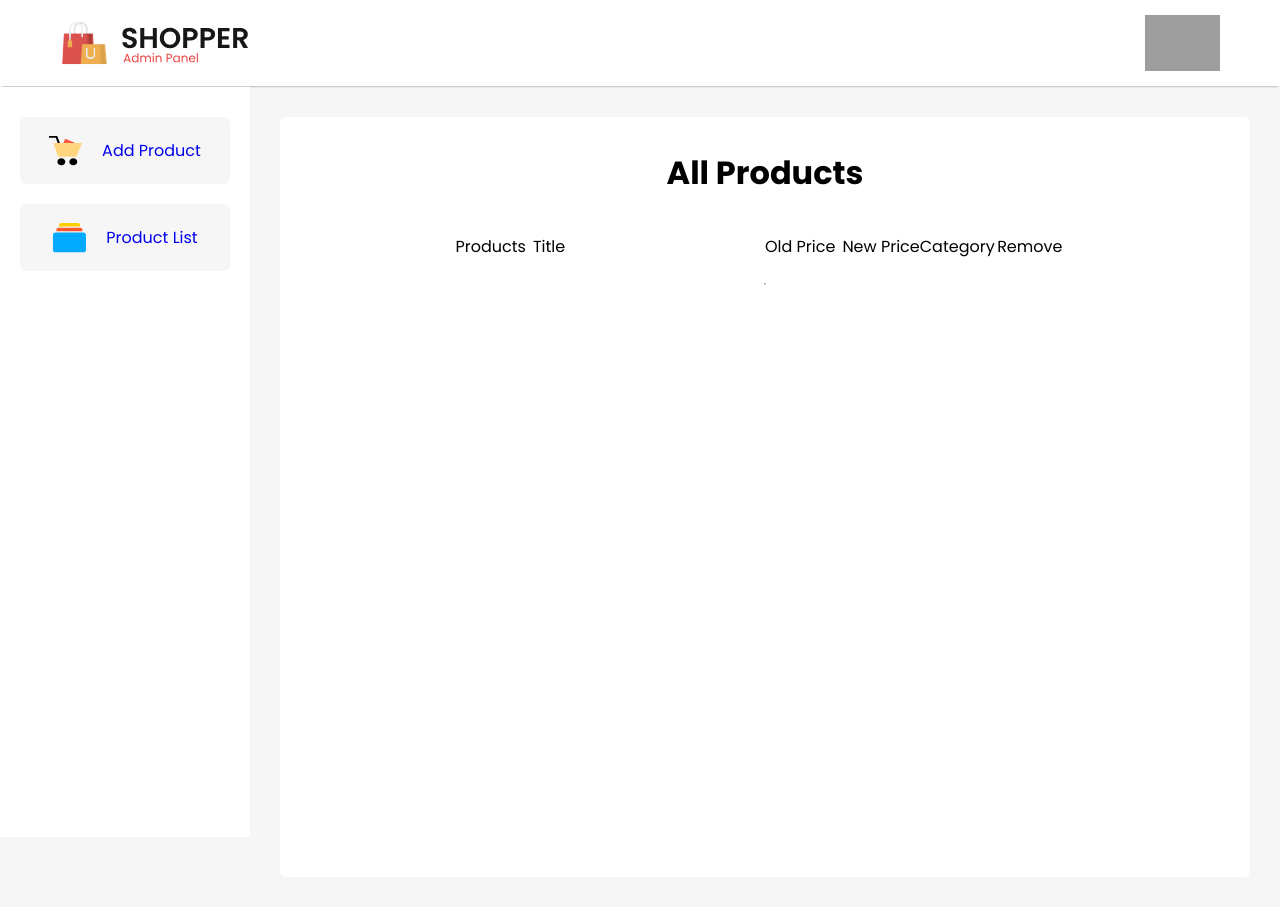
Repository: AiTrinh303/Simple-Shop
Page: /listproduct (app in admin/)
These files come from the project's save history. The page is drawn as it stood at one moment and after the next save; the edit follows.
The browser window is 1280 px wide. The pictures show the whole page.
Pictures or frames that could not be fetched are drawn as grey boxes. The page's requests for data from a server got no answer. The project was rebuilt for these pictures with package versions that can differ from the ones it lists, and the page was loaded fresh each time. No one was signed in, and anything a server would have sent is missing. Also part of the build but not shown: admin/vite.config.js, admin/src/Components/AddProduct/AddProduct.css, admin/src/Components/AddProduct/AddProduct.jsx.

Above is the page before, as saved 2024-07-05 22:31:04.

### admin/index.html
<!doctype html>
<html lang="en">
  <head>
    <meta charset="UTF-8" />
    <link rel="icon" type="image/svg+xml" href="/vite.svg" />
    <meta name="viewport" content="width=device-width, initial-scale=1.0" />
    <link rel="preconnect" href="https://fonts.googleapis.com">
    <link rel="preconnect" href="https://fonts.gstatic.com" crossorigin>
    <link href="https://fonts.googleapis.com/css2?family=Poppins:ital,wght@0,100;0,200;0,300;0,400;0,500;0,600;0,700;0,800;0,900;1,100;1,200;1,300;1,400;1,500;1,600;1,700;1,800;1,900&display=swap" rel="stylesheet">
    <title>Admin Page</title>
  </head>
  <body>
    <div id="root"></div>
    <script type="module" src="/src/main.jsx"></script>
  </body>
</html>

### admin/src/main.jsx
import React from 'react'
import ReactDOM from 'react-dom/client'
import App from './App.jsx'
import './index.css'
import {BrowserRouter as Router} from 'react-router-dom'

ReactDOM.createRoot(document.getElementById('root')).render(
  <React.StrictMode>
    <Router>
        <App />
    </Router>
  </React.StrictMode>,
)

### admin/src/App.jsx
import Navbar from "./Components/Navbar/Navbar"
import Admin from "./Pages/Admin/Admin"



function App() {


  return (
    <div>
      <Navbar />
      <Admin />
    </div>
  )
}

export default App

### admin/src/index.css
body{
  margin: 0;
  font-family: 'Poppins';
  background-color: #f6f6f6;
  height: 100vh;
}

### admin/src/Components/Navbar/Navbar.jsx

import './Navbar.css'
import navlogo from '../../assets/nav-logo.svg'
import navProfile from '../../assets/nav-profile.svg'

const Navbar = () => {
  return (
    <div className='navbar'>
      <img src={navlogo} alt="logo" className="nav-logo" />
      <img src={navProfile} alt="" className="nav-profile"/>
    </div>
  )
}

export default Navbar

### admin/src/Pages/Admin/Admin.jsx

import './Admin.css'
import Sidebar from '../../Components/Sidebar/Sidebar'
import {Routes, Route} from 'react-router-dom'
import AddProduct from '../../Components/AddProduct/AddProduct'
import ListProduct from '../../Components/ListProduct/ListProduct'

const Admin = () => {
  return (
    <div className='admin'>
      <Sidebar />
      <Routes>
        <Route path='/addproduct' element={<AddProduct />} />
        <Route path='/listproduct' element={<ListProduct />} />
      </Routes>
    </div>
  )
}

export default Admin

### admin/src/Components/Navbar/Navbar.css
.navbar{
    display: flex;
    align-items: center;
    justify-content: space-between;
    padding: 15px 60px;
    box-shadow: 0 1px 3px -2px #000;
    margin-bottom: 1px;
    background: white;

}
.nav-logo {
    width:200px;
}

.nav-profile{
    width: 75px;
}

@media(max-width: 800px){
    .navbar{
        padding: 15px 30px;
    }
    .nav-logo {
        width:150px;
    }
    .nav-profile{
        width: 60px;
    }
}

### admin/src/Pages/Admin/Admin.css
.admin {
    display: flex;
}

@media (max-width: 800px) {
    .admin {
        flex-direction: column;
    }
}

### admin/src/Components/Sidebar/Sidebar.jsx

import './Sidebar.css'
import { Link } from 'react-router-dom'
import add_product_icon from '../../assets/Product_Cart.svg'
import list_product_icon from '../../assets/Product_list_icon.svg'

const Sidebar = () => {
  return (
    <div className='sidebar'>
      <Link to={'/addproduct'} style = {{textDecoration: "none"}}>
        <div className='sidebarItem'>
            <img src={add_product_icon} alt="" />
            <p>Add Product</p>
        </div>
      </Link>

      <Link to={'/listproduct'} style = {{textDecoration: "none"}}>
        <div className='sidebarItem'>
            <img src={list_product_icon} alt="" />
            <p>Product List</p>
        </div>
      </Link>
    </div>
  )
}

export default Sidebar

### admin/src/Components/ListProduct/ListProduct.jsx
import React, {useEffect, useState} from 'react'
import './ListProduct.css'
import cross_icon from '../../assets/cross_icon.png'

const ListProduct = () => {

  const [allproducts, setAllProducts] = useState([])

  const fetchInfo = async () => {
    await fetch('http://localhost:4000/allproducts')
    .then(response => response.json())
    .then(data => {setAllProducts(data)})
  }

  useEffect(() => {
    fetchInfo()
  }, [])

  return (
    <div className='list-product'>
      <h1>All Products</h1>
      <div className="listproduct-format-main">
        <p>Products</p>
        <p>Title</p>
        <p>Old Price</p>
        <p>New Price</p>
        <p>Category</p>
        <p>Remove</p>
      </div>
      <div className="listproduct-allproducts">
        <hr />
        {allproducts.map((product, index) => {
          return (
            <div className="listproduct-format-main listproduct-format" key={index}>
              <img src={product.image} alt="product" />
              <p>{product.name}</p>
              <p>${product.old_price}</p>
              <p>${product.new_price}</p>
              <p>{product.category}</p>
              <img className='listproduct-remove-icon' src={cross_icon} alt="cross" />
            </div>
          )
        })}
      </div>
    </div>
  )
}

export default ListProduct

### admin/src/Components/Sidebar/Sidebar.css
.sidebar{
    display: flex;
    flex-direction: column;
    padding-top: 30px;
    gap: 20px;
    width: 100%;
    max-width: 250px;
    height: 100vh;
    background: white;
}

.sidebarItem{
    display: flex;
    align-items: center;
    justify-content: center;
    margin: 0 20px;
    padding: 5px 10px;
    border-radius: 6px;
    cursor: pointer;
    background: #f6f6f6;
    gap: 20px;
}

@media(max-width: 800px){
    .sidebar{
        padding: 30px 0px;
        flex-direction: row;
        width: 100%;
        height: auto;
        max-width: none;
        justify-content: center;
    }
    .sidebarItem{
        margin: 0;
    }
}

### admin/src/Components/ListProduct/ListProduct.css
.list-product {
    display: flex;
    flex-direction: column;
    align-items: center;
    width: 100%;
    height: 740px;
    padding: 10px 50px;
    margin: 30px;
    border-radius: 6px;
    background: white;
}

.listproduct-format-main {
    display: grid;
    grid-template-columns: 1fr 3fr 1fr 1fr 1fr 1fr;

}

After the next save:
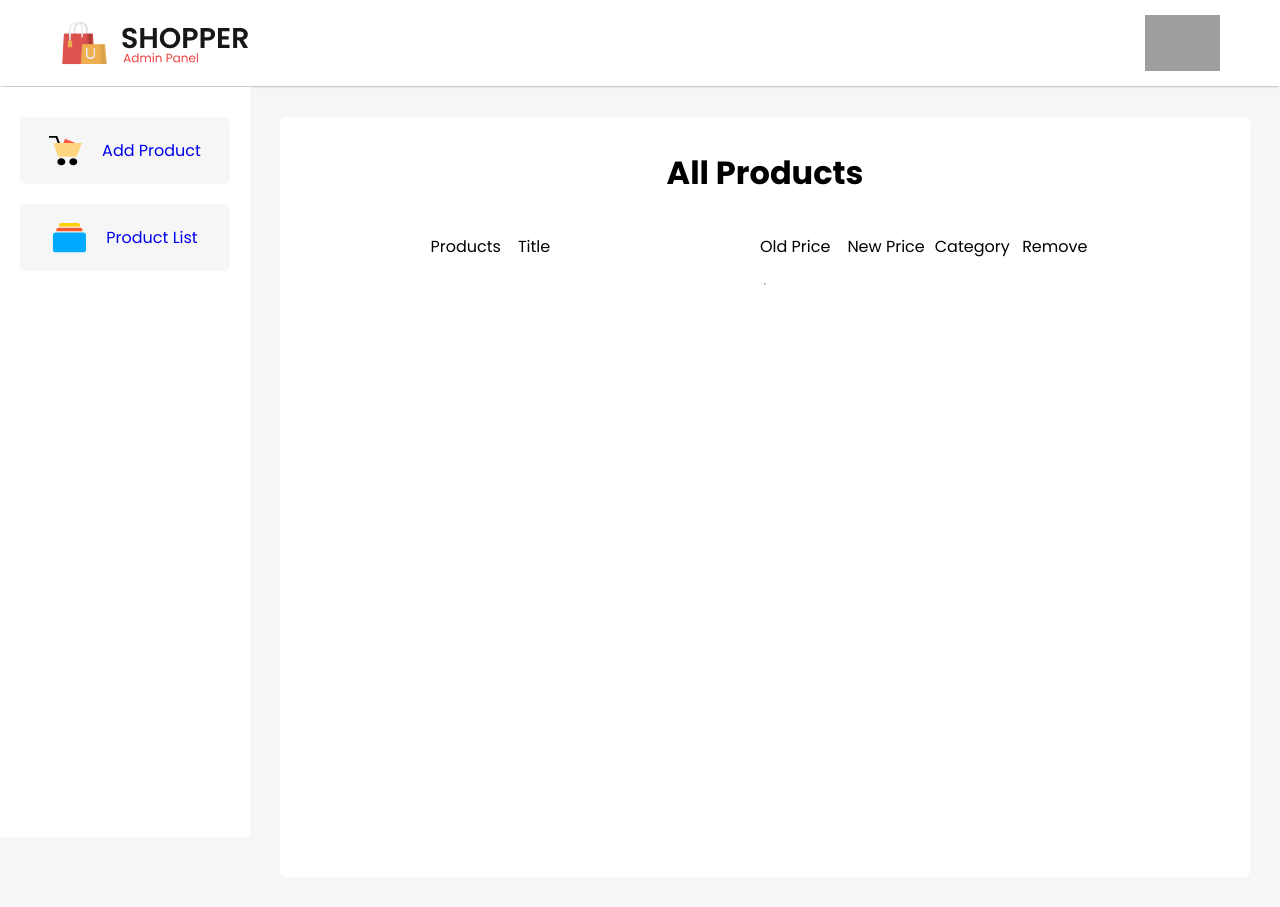
Saved 9 s later.
--- a/admin/src/Components/ListProduct/ListProduct.css
+++ b/admin/src/Components/ListProduct/ListProduct.css
@@ -13,5 +13,6 @@
 .listproduct-format-main {
     display: grid;
     grid-template-columns: 1fr 3fr 1fr 1fr 1fr 1fr;
+    gap: 10px;
 
 }
